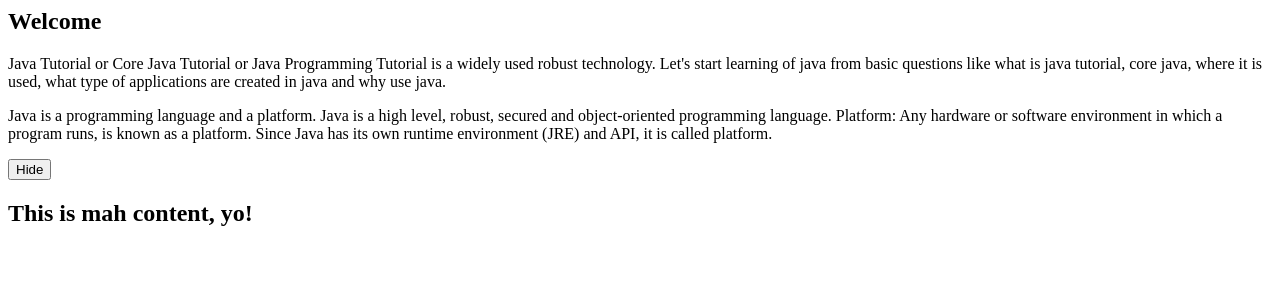
Repository: Dipak27/Dipak-s-front-end
Page: http://localhost/Traning_Management/maincontent.jsp
An editor plug-in stored every save of this project. The page is shown before and after the next save, followed by the edit.
The browser window is 1280 px wide. The pictures show the whole page.
The page is served by Tomcat 9.

Above is the page before, as saved 2016-11-09 09:52:35.

After the next save:
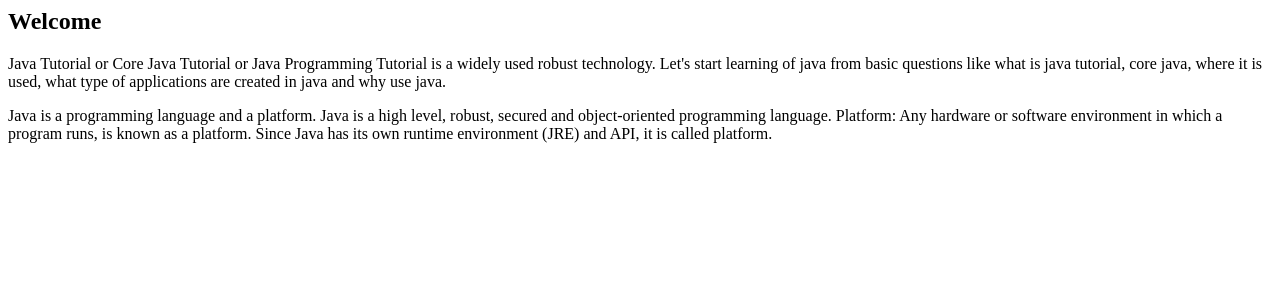
Saved 55 s later.
--- a/Training Management Project/Traning_Management/src/main/webapp/maincontent.jsp
+++ b/Training Management Project/Traning_Management/src/main/webapp/maincontent.jsp
@@ -20,14 +20,6 @@ Platform: Any hardware or software environment in which a program runs, is known
 
 
 
-  <button ng-click="showme=false">Hide</button>
-
-  <div class="wrapper">
-
-    <h2 ng-hide="showme">This is mah content, yo!</h2>
-  </div>
-
-
 
 					</div>
 				</div>
